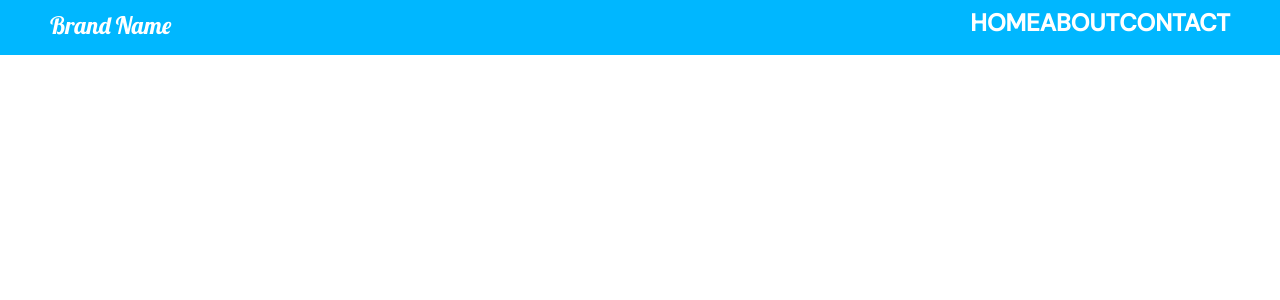
Repository: Jrap-bit/PeriodofSharing
Page: index.html
An editor plug-in stored every save of this project. The page is shown before and after the next save, followed by the edit.
The browser window is 1280 px wide. The pictures show the whole page.

Above is the page before, as saved 2022-01-13 21:23:00.

After the next save:
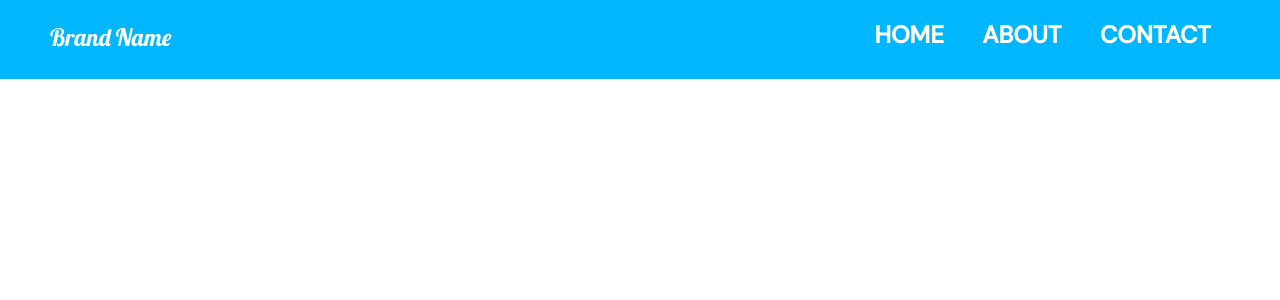
Saved 7 s later.
--- a/style.css
+++ b/style.css
@@ -50,7 +50,7 @@ html{
 .navbar-links li a{
     text-decoration: none;
     color: white;
-    /* padding: 1rem; */
+    padding: 1.2rem;
     display: block;
 }
 
